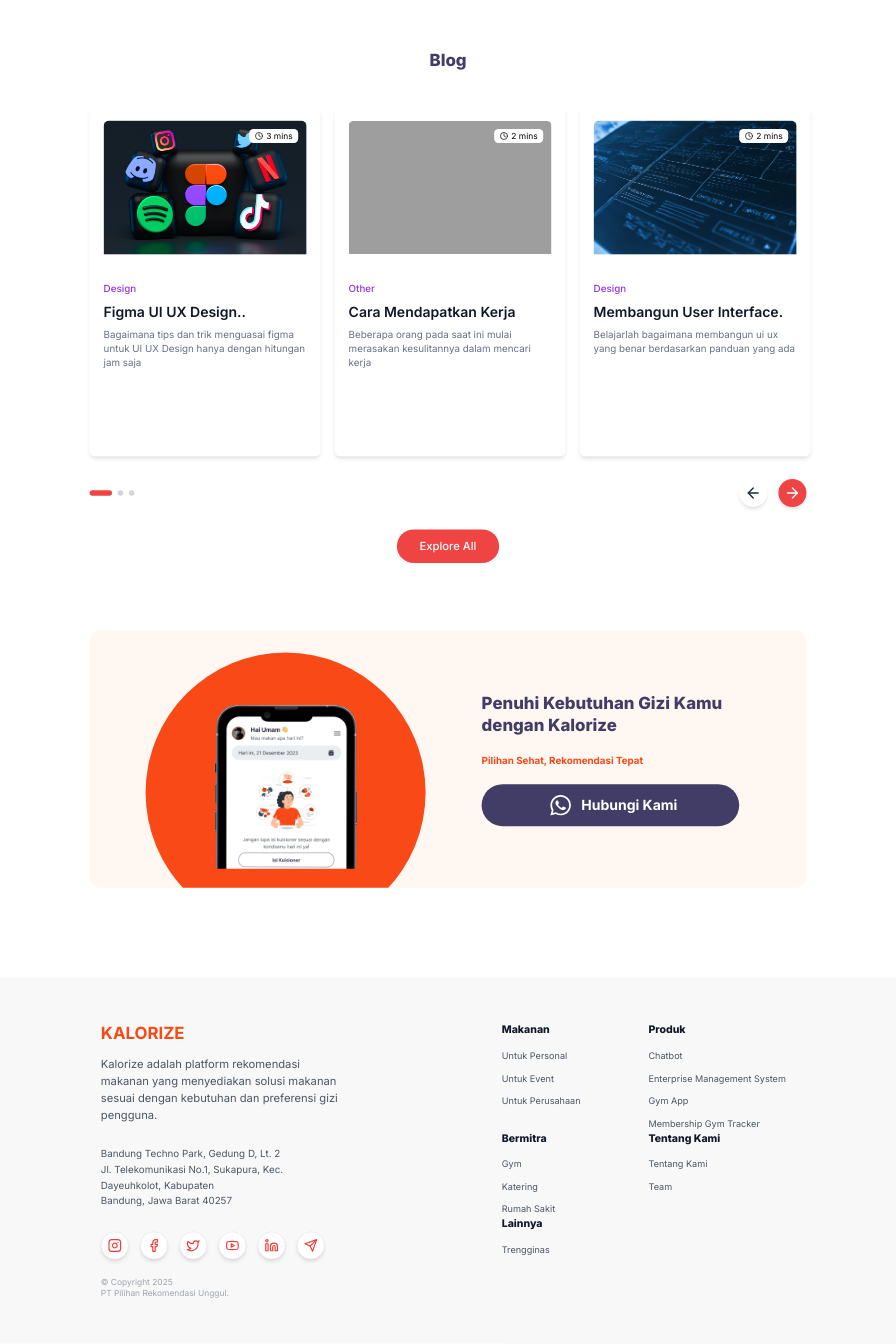
Repository: kalorizeofficial/new-main-web-kalorize
Page: /
An editor plug-in stored every save of this project. The page is shown before and after the next save, followed by the edit.
The browser window is 1280 px wide. The pictures show the part of the page from y = 1095 to 3015 px (the page is 3015 px tall), at 70% of full size.
Pictures or frames that could not be fetched are drawn as grey boxes. The project was rebuilt for these pictures with package versions that can differ from the ones it lists, and the page was loaded fresh each time.

Above is the page before, as saved 2025-03-01 01:49:54.

### src/index.css
@import url("https://fonts.googleapis.com/css2?family=Inter:wght@100;200;300;400;500;600;700;800;900&display=swap");
@tailwind base;
@tailwind components;
@tailwind utilities;

### src/App.jsx
import Navbar from "./components/layout/Navbar";
import Partner from "./pages/partner";
import Testimoni from "./pages/testimoni";
import Blog from "./pages/blog";
import Contact from "./pages/contact";
import Footer from "./components/layout/Footer";

function App() {
  return (
    <div className="min-h-screen flex flex-col">
      <Navbar />
      <main className="flex-grow">
        <Partner />
        <Testimoni />
        <Blog />
        <Contact />
      </main>
      <Footer />
    </div>
  );
}

export default App;

### src/components/layout/Navbar.jsx
function Navbar() {
  return (
    <nav class="bg-white border-gray-200 dark:bg-gray-900">
      <div class="max-w-screen-xl flex flex-wrap items-center justify-between mx-auto p-4">
        <a
          href="https://flowbite.com/"
          class="flex items-center space-x-3 rtl:space-x-reverse"
        >
          <img
            src="https://flowbite.com/docs/images/logo.svg"
            class="h-8"
            alt="Flowbite Logo"
          />
          <span class="self-center text-2xl font-semibold whitespace-nowrap dark:text-white">
            Flowbite
          </span>
        </a>
        <button
          data-collapse-toggle="navbar-default"
          type="button"
          class="inline-flex items-center p-2 w-10 h-10 justify-center text-sm text-gray-500 rounded-lg md:hidden hover:bg-gray-100 focus:outline-none focus:ring-2 focus:ring-gray-200 dark:text-gray-400 dark:hover:bg-gray-700 dark:focus:ring-gray-600"
          aria-controls="navbar-default"
          aria-expanded="false"
        >
          <span class="sr-only">Open main menu</span>
          <svg
            class="w-5 h-5"
            aria-hidden="true"
            xmlns="http://www.w3.org/2000/svg"
            fill="none"
            viewBox="0 0 17 14"
          >
            <path
              stroke="currentColor"
              stroke-linecap="round"
              stroke-linejoin="round"
              stroke-width="2"
              d="M1 1h15M1 7h15M1 13h15"
            />
          </svg>
        </button>
        <div class="hidden w-full md:block md:w-auto" id="navbar-default">
          <ul class="font-medium flex flex-col p-4 md:p-0 mt-4 border border-gray-100 rounded-lg bg-gray-50 md:flex-row md:space-x-8 rtl:space-x-reverse md:mt-0 md:border-0 md:bg-white dark:bg-gray-800 md:dark:bg-gray-900 dark:border-gray-700">
            <li>
              <a
                href="#"
                class="block py-2 px-3 text-white bg-blue-700 rounded-sm md:bg-transparent md:text-blue-700 md:p-0 dark:text-white md:dark:text-blue-500"
                aria-current="page"
              >
                Home
              </a>
            </li>
            <li>
              <a
                href="#"
                class="block py-2 px-3 text-gray-900 rounded-sm hover:bg-gray-100 md:hover:bg-transparent md:border-0 md:hover:text-blue-700 md:p-0 dark:text-white md:dark:hover:text-blue-500 dark:hover:bg-gray-700 dark:hover:text-white md:dark:hover:bg-transparent"
              >
                About
              </a>
            </li>
            <li>
              <a
                href="#"
                class="block py-2 px-3 text-gray-900 rounded-sm hover:bg-gray-100 md:hover:bg-transparent md:border-0 md:hover:text-blue-700 md:p-0 dark:text-white md:dark:hover:text-blue-500 dark:hover:bg-gray-700 dark:hover:text-white md:dark:hover:bg-transparent"
              >
                Services
              </a>
            </li>
            <li>
              <a
                href="#"
                class="block py-2 px-3 text-gray-900 rounded-sm hover:bg-gray-100 md:hover:bg-transparent md:border-0 md:hover:text-blue-700 md:p-0 dark:text-white md:dark:hover:text-blue-500 dark:hover:bg-gray-700 dark:hover:text-white md:dark:hover:bg-transparent"
              >
                Pricing
              </a>
            </li>
            <li>
              <a
                href="#"
                class="block py-2 px-3 text-gray-900 rounded-sm hover:bg-gray-100 md:hover:bg-transparent md:border-0 md:hover:text-blue-700 md:p-0 dark:text-white md:dark:hover:text-blue-500 dark:hover:bg-gray-700 dark:hover:text-white md:dark:hover:bg-transparent"
              >
                Contact
              </a>
            </li>
          </ul>
        </div>
      </div>
    </nav>
  );
}

export default Navbar;

### src/pages/partner.jsx
const Partner = () => {
  const partners = [
    {
      name: "Zoom",
      logo: "/images/partners/zoom.png",
    },
    {
      name: "Adobe Creative Cloud",
      logo: "/images/partners/adobe.png",
    },
    {
      name: "Slack",
      logo: "/images/partners/slack.png",
    },
    {
      name: "Dropbox",
      logo: "/images/partners/dropbox.png",
    },
    {
      name: "Google Drive",
      logo: "/images/partners/gdrive.png",
    },
  ];

  const DecorativeCircle = ({ className }) => (
    <div
      className={`absolute w-3 h-3 rounded-full bg-[#2A85FF] opacity-100 ${className}`}
    />
  );

  return (
    <section className="pt-[100px] md:pt-[164px] pb-8 px-4 relative">
      {/* Decorative circles - hidden on mobile */}
      <DecorativeCircle className="hidden md:block top-80 left-72" />
      <DecorativeCircle className="hidden md:block bottom-8 right-72" />

      <h2 className="text-[20px] md:text-[24px] font-inter font-extrabold leading-[100%] text-center text-[#565656] mb-8 md:mb-12">
        Partner Kami
      </h2>

      <div className="max-w-8xl mx-auto overflow-x-auto">
        <div className="flex justify-start md:justify-center items-center gap-4 md:gap-20 md:flex-wrap min-w-min">
          {partners.map((partner, index) => (
            <div key={index} className="relative py-2 md:py-4 flex-shrink-0">
              <img
                src={partner.logo}
                alt={`${partner.name} logo`}
                className="w-[60px] h-[60px] md:w-[140px] md:h-[140px] object-contain transition-shadow duration-200 hover:shadow-xl rounded-[15px] md:rounded-[25px]"
              />
            </div>
          ))}
        </div>
      </div>
    </section>
  );
};

export default Partner;

### src/pages/blog.jsx
// Komponen Blog: Menampilkan carousel blog posts dengan navigasi
// dan tombol eksplorasi. Komponen ini menggunakan state untuk
// mengatur slide yang aktif.

import React, { useState } from "react";
import { Clock, ArrowLeftIcon, ArrowRightIcon } from "lucide-react";

const Blog = () => {
  // State untuk mengontrol slide yang sedang aktif
  const [currentSlide, setCurrentSlide] = useState(0);

  // Data blog posts yang akan ditampilkan dalam carousel
  const blogPosts = [
    {
      image: "/images/blog/blog1.jpeg",
      category: "Design",
      title: "Figma UI UX Design..",
      description:
        "Bagaimana tips dan trik menguasai figma untuk UI UX Design hanya dengan hitungan jam saja",
      readTime: "3 mins",
    },
    {
      image: "/images/blog/blog2.jpeg",
      category: "Other",
      title: "Cara Mendapatkan Kerja",
      description:
        "Beberapa orang pada saat ini mulai merasakan kesulitannya dalam mencari kerja",
      readTime: "2 mins",
    },
    {
      image: "/images/blog/blog3.jpeg",
      category: "Design",
      title: "Membangun User Interface.",
      description:
        "Belajarlah bagaimana membangun ui ux yang benar berdasarkan panduan yang ada",
      readTime: "2 mins",
    },
  ];

  // Fungsi untuk berpindah ke slide berikutnya
  // Menggunakan modulo untuk kembali ke awal jika sudah di slide terakhir
  const nextSlide = () => {
    setCurrentSlide((prev) => (prev + 1) % blogPosts.length);
  };

  // Fungsi untuk berpindah ke slide sebelumnya
  // Menggunakan modulo dan penambahan length untuk handling negative index
  const prevSlide = () => {
    setCurrentSlide((prev) => (prev - 1 + blogPosts.length) % blogPosts.length);
  };

  // Fungsi untuk langsung berpindah ke slide tertentu
  // Digunakan oleh navigation dots
  const goToSlide = (index) => {
    setCurrentSlide(index);
  };

  return (
    <section className="bg-white px-4 md:px-0">
      <div className="max-w-5xl mx-auto rounded-2xl">
        <h2 className="text-[20px] md:text-[24px] font-inter font-extrabold text-center text-[#413D66] pt-8 mb-8 md:mb-12">
          Blog
        </h2>

        <div className="relative">
          {/* Carousel blog posts */}
          <div className="flex flex-col md:flex-row gap-5">
            {blogPosts.map((post, index) => (
              <div
                key={index}
                className={`w-full md:w-[330px] h-auto md:h-[500px] flex-none bg-white rounded-lg overflow-hidden shadow-md transition-opacity duration-300 p-4 md:p-5 ${
                  index === currentSlide ? "block" : "hidden md:block"
                }`}
              >
                <div className="h-[200px] md:h-[45%] relative rounded-lg overflow-hidden pb-4">
                  <img
                    src={post.image}
                    alt={post.title}
                    className="w-full h-full object-cover"
                  />
                  <div className="absolute top-3 right-3 bg-white rounded-md px-2 py-0.5 flex items-center gap-1">
                    <Clock className="w-3 h-3" />
                    <span className="text-xs">{post.readTime}</span>
                  </div>
                </div>

                <div className="h-[60%]">
                  <div className="mt-5">
                    <span className="text-purple-600 text-sm font-medium">
                      {post.category}
                    </span>
                    <h3 className="mt-2 text-xl font-inter font-semibold text-[#101828]">
                      {post.title}
                    </h3>
                    <p className="mt-2 text-[#667085] font-inter text-sm line-clamp-8">
                      {post.description}
                    </p>
                  </div>
                </div>
              </div>
            ))}
          </div>

          {/* Navigation dots and arrows */}
          <div className="flex flex-col md:flex-row justify-between items-center gap-4 md:gap-0 my-8">
            <div className="flex gap-2">
              {blogPosts.map((_, index) => (
                <button
                  key={index}
                  onClick={() => goToSlide(index)}
                  className={`h-2 rounded-full transition-all duration-300 ${
                    index === currentSlide
                      ? "w-8 bg-red-500"
                      : "w-2 bg-gray-300"
                  }`}
                />
              ))}
            </div>

            <div className="flex gap-4">
              <button
                onClick={prevSlide}
                className="bg-white rounded-full p-2 shadow-md hover:bg-gray-50 text-gray-800"
              >
                <ArrowLeftIcon className="w-6 h-6" />
              </button>

              <button
                onClick={nextSlide}
                className="bg-red-500 rounded-full p-2 shadow-md hover:bg-red-600 text-white"
              >
                <ArrowRightIcon className="w-6 h-6" />
              </button>
            </div>
          </div>
        </div>

        {/* Tombol Explore All */}
        <div className="text-center pb-8">
          <button className="bg-red-500 text-white px-8 py-3 rounded-full font-medium hover:bg-red-600 transition-colors">
            Explore All
          </button>
        </div>
      </div>
    </section>
  );
};

export default Blog;

### src/pages/contact.jsx
import React from "react";

function Contact() {
  return (
    <section className="py-8 md:py-16 bg-white">
      <section className="max-w-5xl mx-auto bg-[#FFF7F2] rounded-2xl px-4 md:px-8 py-28 md:py-8 mb-8 md:mb-16 overflow-hidden">
        <div className="max-w-4xl mx-auto">
          <div className="flex flex-col md:flex-row items-center justify-center md:gap-16">
            {/* Left side - Stacked images */}
            <div className="relative -mb-0 md:-mb-24 scale-100 md:scale-100 -mt-12 md:mt-0">
              {/* Circle background */}
              <div className="bg-[#F94917] rounded-full w-[320px] md:w-[400px] h-[320px] md:h-[400px] translate-y-0 p-8 md:p-10" />

              {/* Phone image positioned on top of circle */}
              <img
                src="/phone.png" // Replace with your actual image path
                alt="Kalorize App"
                className="absolute top-48 left-1/2 transform -translate-x-1/2 -translate-y-1/2 w-[187px] md:w-[204px]"
              />
            </div>

            {/* Right side - Content */}
            <div
              className="flex flex-col space-y-4 md:space-y-6 max-w-[300px] md:max-w-[400px] text-center md:text-left -mt-10 md:mt-0
                          md:bg-transparent bg-[#FFF7F2] rounded-lg p-4 relative z-10"
            >
              <h1 className="text-xl md:text-2xl font-extrabold text-[#413D66] leading-[1.4] font-inter">
                Penuhi Kebutuhan Gizi Kamu dengan Kalorize
              </h1>
              <p className="text-xs md:text-sm font-bold text-[#F94917] leading-normal font-inter">
                Pilihan Sehat, Rekomendasi Tepat
              </p>
              <button className="bg-[#413D66] text-white rounded-[30px] py-[15px] px-[30px] flex items-center justify-center gap-1 mx-auto md:mx-0 hover:bg-[#363156] transition-colors">
                <svg
                  width="50"
                  height="30"
                  viewBox="0 0 47 47"
                  fill="none"
                  xmlns="http://www.w3.org/2000/svg"
                >
                  <path
                    d="M39.5834 7.35111C35.2634 3.02969 29.511 0.662109 23.3891 0.662109C10.7755 0.662109 0.495224 10.891 0.495224 23.4415C0.495224 27.4641 1.5579 31.3717 3.54466 34.8197L0.31041 46.6346L12.4388 43.4625C15.7886 45.2784 19.5542 46.2438 23.3891 46.2438C36.0026 46.2438 46.2829 36.015 46.2829 23.4645C46.2829 17.3731 43.9034 11.6495 39.5834 7.35111ZM23.3891 42.3821C19.97 42.3821 16.6202 41.4627 13.6863 39.7387L12.9933 39.325L5.78553 41.2099L7.70297 34.222L7.24094 33.5095C5.34659 30.4983 4.33011 27.0043 4.33011 23.4415C4.33011 13.0057 12.8778 4.50081 23.366 4.50081C28.4483 4.50081 33.2304 6.47763 36.8112 10.0635C40.4151 13.6493 42.3787 18.4075 42.3787 23.4645C42.4249 33.9002 33.8773 42.3821 23.3891 42.3821ZM33.8311 28.2226C33.2535 27.9468 30.4351 26.5676 29.9269 26.3607C29.3955 26.1768 29.0259 26.0849 28.6332 26.6366C28.2404 27.2112 27.1546 28.4985 26.8312 28.8662C26.5078 29.257 26.1613 29.303 25.5837 29.0042C25.0062 28.7283 23.158 28.1077 20.9865 26.1768C19.2769 24.6598 18.145 22.7979 17.7984 22.2232C17.475 21.6486 17.7522 21.3497 18.0526 21.0509C18.3067 20.7981 18.6301 20.3843 18.9073 20.0625C19.1845 19.7407 19.3001 19.4878 19.4849 19.1201C19.6697 18.7293 19.5773 18.4075 19.4387 18.1317C19.3001 17.8558 18.145 15.0515 17.6829 13.9022C17.2209 12.7988 16.7358 12.9368 16.3892 12.9138C16.0427 12.9138 15.6731 12.9138 15.2803 12.9138C14.8876 12.9138 14.287 13.0517 13.7556 13.6264C13.2474 14.201 11.7689 15.5802 11.7689 18.3845C11.7689 21.1888 13.8249 23.9012 14.1022 24.269C14.3794 24.6598 18.145 30.4063 23.8742 32.8658C25.2372 33.4635 26.2999 33.8083 27.1315 34.0611C28.4945 34.4979 29.742 34.4289 30.7354 34.291C31.8443 34.1301 34.1314 32.9118 34.5934 31.5786C35.0785 30.2454 35.0786 29.1191 34.9168 28.8662C34.7551 28.6134 34.4086 28.4985 33.8311 28.2226Z"
                    fill="white"
                  />
                </svg>
                <span className="text-xl font-bold">Hubungi Kami</span>
              </button>
            </div>
          </div>
        </div>
      </section>
    </section>
  );
}

export default Contact;

### src/components/layout/Footer.jsx
import React from "react";
import {
  Instagram,
  Phone,
  Linkedin,
  Send,
  Mail,
  Facebook,
  Twitter,
  Youtube,
} from "lucide-react";

const Footer = () => {
  const socialLinks = [
    { icon: Instagram, href: "https://instagram.com/kalorize" },
    { icon: Facebook, href: "https://facebook.com/kalorize" },
    { icon: Twitter, href: "https://twitter.com/kalorize" },
    { icon: Youtube, href: "https://youtube.com/kalorize" },
    { icon: Linkedin, href: "https://linkedin.com/company/kalorize" },
    { icon: Send, href: "https://t.me/kalorize" },
  ];

  const navigationLinks = [
    {
      title: "Makanan",
      links: [
        { name: "Untuk Personal", href: "/personal" },
        { name: "Untuk Event", href: "/event" },
        { name: "Untuk Perusahaan", href: "/corporate" },
      ],
    },
    {
      title: "Produk",
      links: [
        { name: "Chatbot", href: "/products/chatbot" },
        { name: "Enterprise Management System", href: "/products/ems" },
        { name: "Gym App", href: "/products/gym-app" },
        { name: "Membership Gym Tracker", href: "/products/gym-tracker" },
      ],
    },
    {
      title: "Bermitra",
      links: [
        { name: "Gym", href: "/partners/gym" },
        { name: "Katering", href: "/partners/catering" },
        { name: "Rumah Sakit", href: "/partners/hospital" },
      ],
    },
    {
      title: "Tentang Kami",
      links: [
        { name: "Tentang Kami", href: "/about" },
        { name: "Team", href: "/team" },
      ],
    },
    {
      title: "Lainnya",
      links: [{ name: "Trengginas", href: "/trengginas" }],
    },
  ];

  return (
    <footer className="bg-[#F8F8F8] py-8 lg:py-16">
      <div className="max-w-5xl mx-auto px-4 lg:px-18">
        {/* Mobile Layout */}
        <div className="lg:hidden">
          <h1 className="text-2xl font-bold text-[#F94917] mb-2">KALORIZE</h1>
          <p className="text-sm text-gray-600 mb-4">
            Kalorize adalah platform rekomendasi makanan yang menyediakan solusi
            makanan sesuai dengan kebutuhan dan preferensi gizi pengguna.
          </p>
          <address className="text-sm text-gray-600 not-italic mb-6">
            Bandung Techno Park, Gedung D, Lt 2<br />
            Jl. Telekomunikasi No1, Sukapura, Kec. Dayeuhkolot,
            <br />
            Kabupaten Bandung, Jawa Barat 40257
          </address>

          {navigationLinks.map((section) => (
            <div key={section.title} className="mt-6">
              <h2 className="font-bold text-gray-900">{section.title}</h2>
              <ul className="mt-2 space-y-1">
                {section.links.map((link) => (
                  <li key={link.name}>
                    <a
                      href={link.href}
                      className="text-gray-600 hover:text-gray-900"
                    >
                      {link.name}
                    </a>
                  </li>
                ))}
              </ul>
            </div>
          ))}

          <div className="mt-6 flex space-x-4">
            {socialLinks.map((social, index) => (
              <a
                key={index}
                href={social.href}
                className="text-gray-500 hover:text-[#F94917]"
              >
                <social.icon className="w-5 h-5" />
              </a>
            ))}
          </div>
        </div>

        {/* Desktop Layout */}
        <div className="hidden lg:block">
          <div className="grid grid-cols-10 gap-20">
            {/* Logo and Description */}
            <div className="col-span-4">
              <h2 className="text-[#F94917] text-2xl font-bold mb-4">
                KALORIZE
              </h2>
              <p className="text-gray-600 mb-8">
                Kalorize adalah platform rekomendasi makanan yang menyediakan
                solusi makanan sesuai dengan kebutuhan dan preferensi gizi
                pengguna.
              </p>

              <div className="mb-8">
                <p className="text-gray-600 text-sm leading-relaxed">
                  Bandung Techno Park, Gedung D, Lt. 2
                  <br />
                  Jl. Telekomunikasi No.1, Sukapura, Kec. Dayeuhkolot, Kabupaten
                  <br />
                  Bandung, Jawa Barat 40257
                </p>
              </div>

              {/* Social Media Links */}
              <div className="flex gap-4">
                {socialLinks.map((social, index) => (
                  <a
                    key={index}
                    href={social.href}
                    className="w-10 h-10 rounded-full bg-white border border-gray-200 flex items-center justify-center hover:bg-gray-50 transition-colors shadow-md"
                  >
                    <social.icon className="w-5 h-5 text-[#F53838]" />
                  </a>
                ))}
              </div>
            </div>

            {/* Right Navigation Links */}
            <div className="col-span-6 pl-36">
              <div className="grid grid-cols-2 gap-x-0">
                {navigationLinks.map((section) => (
                  <div key={section.title} className="space-y-8">
                    <div>
                      <h2 className="text-[15px] font-inter font-extrabold text-gray-900 mb-3">
                        {section.title}
                      </h2>
                      <ul className="space-y-2">
                        {section.links.map((link) => (
                          <li key={link.name}>
                            <a
                              href={link.href}
                              className="text-[13px] text-gray-600 font-inter hover:text-gray-900"
                            >
                              {link.name}
                            </a>
                          </li>
                        ))}
                      </ul>
                    </div>
                  </div>
                ))}
              </div>
            </div>
          </div>
        </div>

        {/* Copyright */}
        <div className="mt-6 text-xs text-gray-400">
          <p>© Copyright 2025</p>
          <p>PT Pilihan Rekomendasi Unggul.</p>
        </div>
      </div>
    </footer>
  );
};

export default Footer;

Loaded but not shown: public/index.html (common file); src/index.js (common file); tailwind.config.js (12 lines, source omitted); src/pages/testimoni.jsx (176 lines, source omitted)

After the next save:
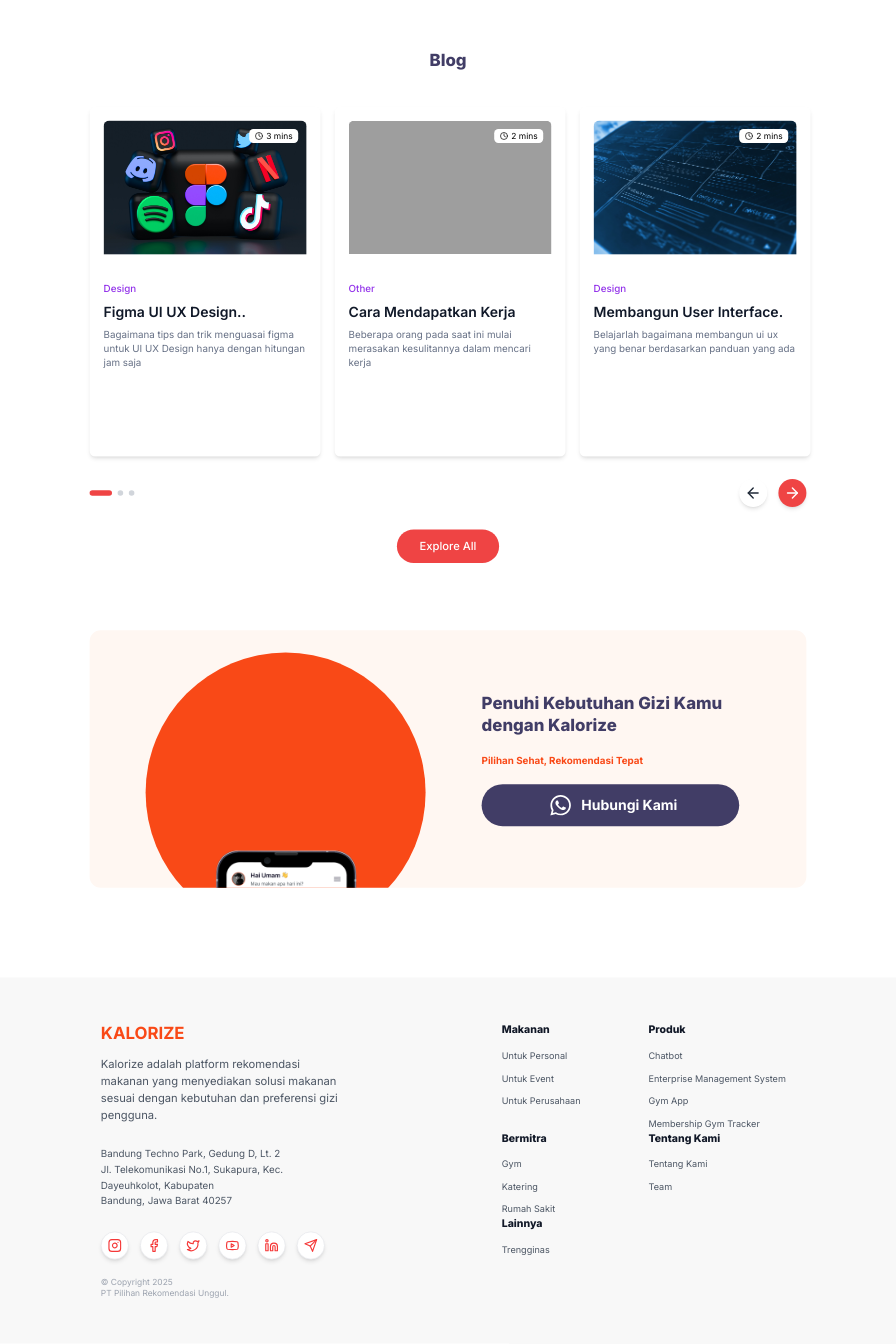
Saved 7 s later.
--- a/src/pages/contact.jsx
+++ b/src/pages/contact.jsx
@@ -15,7 +15,7 @@
               <img
                 src="/phone.png" // Replace with your actual image path
                 alt="Kalorize App"
-                className="absolute top-48 left-1/2 transform -translate-x-1/2 -translate-y-1/2 w-[187px] md:w-[204px]"
+                className="absolute top-42 left-1/2 transform -translate-x-1/2 -translate-y-1/2 w-[187px] md:w-[204px]"
               />
             </div>
 
